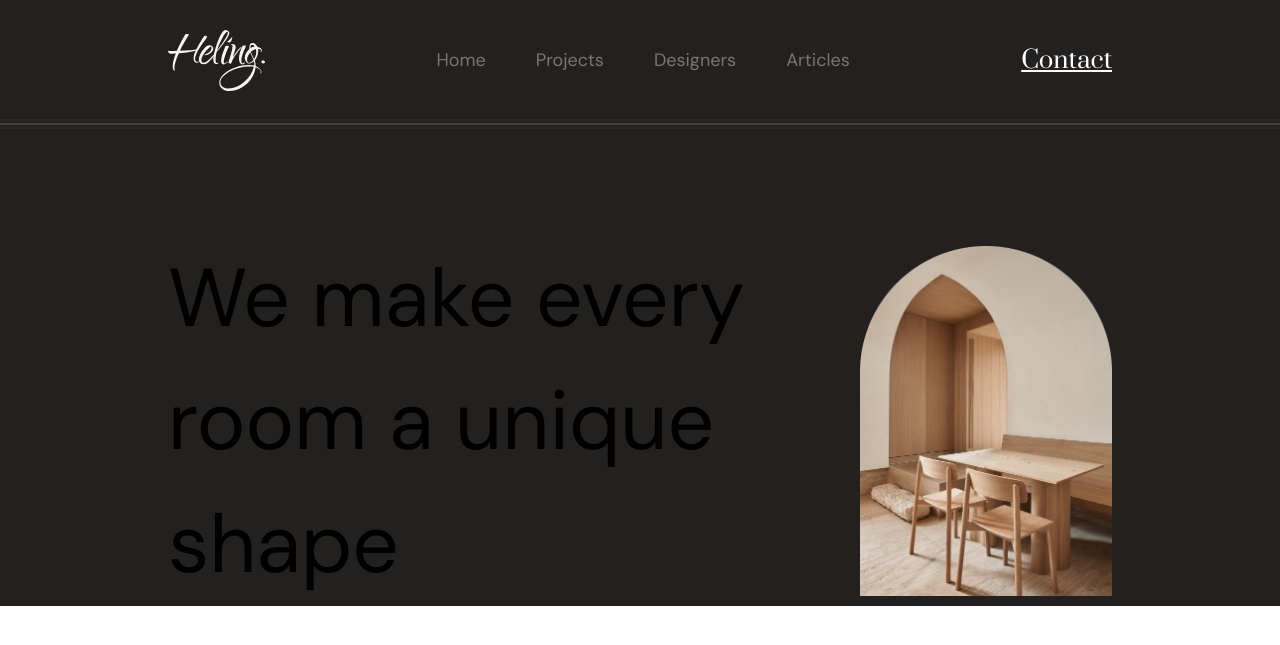
Repository: vandangnhathung/healingui_website
Page: /
An editor plug-in stored every save of this project. The page is shown before and after the next save, followed by the edit.
The browser window is 1280 px wide. The pictures show the whole page.
The project was rebuilt for these pictures with package versions that can differ from the ones it lists, and the page was loaded fresh each time. Also part of the build but not shown: src/App.css.

Above is the page before, as saved 2022-03-16 12:57:02.

After the next save:
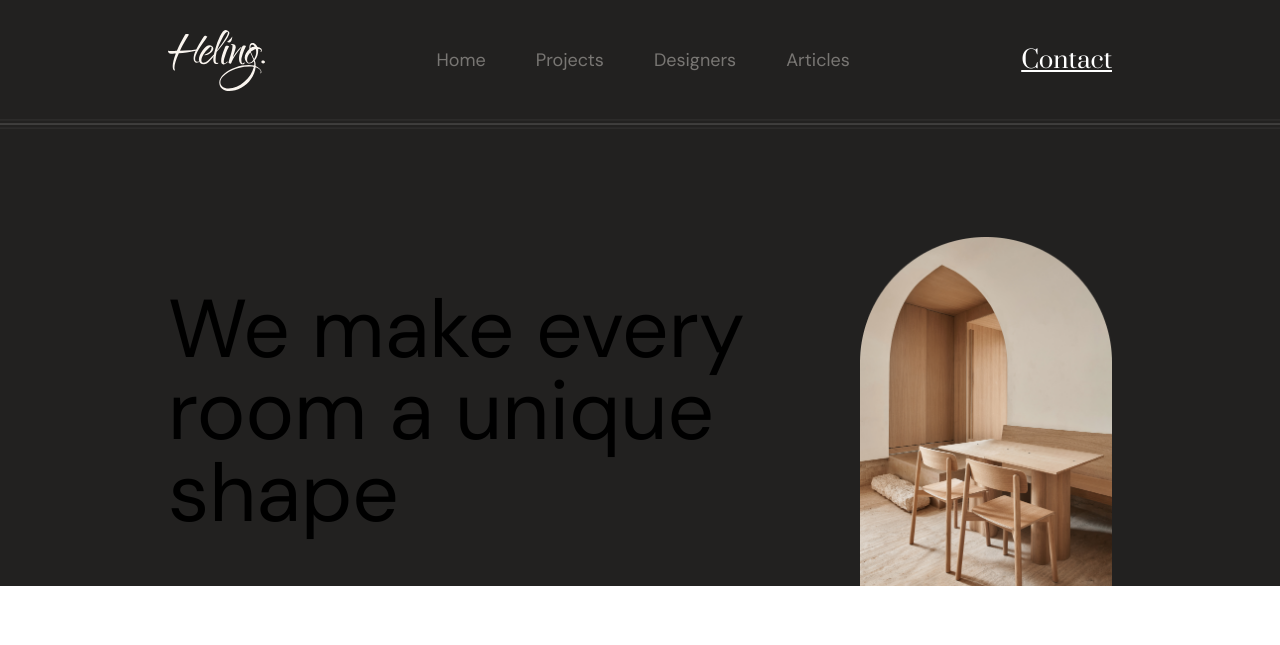
Saved 43 s later.
--- a/src/components/Container/Container.js
+++ b/src/components/Container/Container.js
@@ -17,6 +17,7 @@ const Container = () => {
   const Slogan = styled.h2`
     letter-spacing: -2%;
     font-size: 82px;
+    line-height: 1;
   `;
   const Image1Div = styled.img`
     width: auto;
